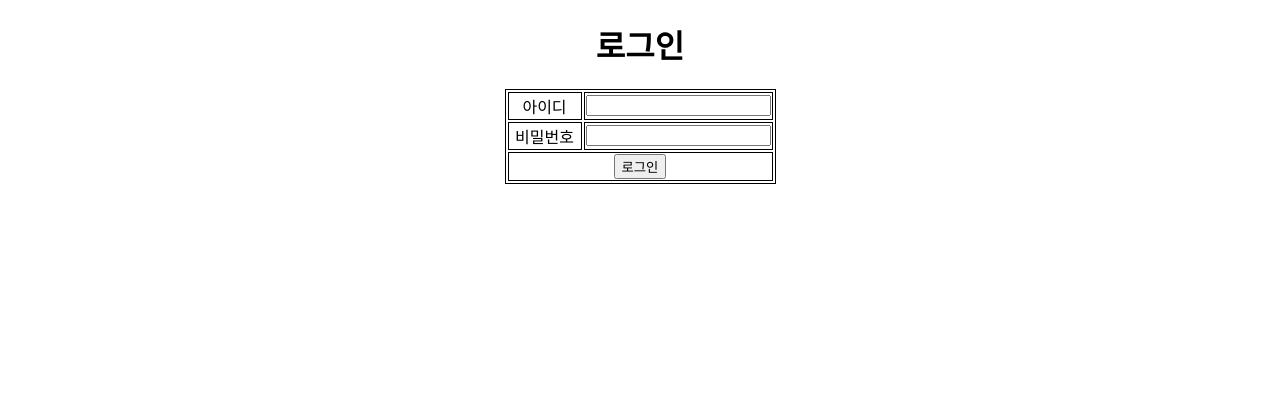
Repository: CHANGMAN-LEE/Java_ee
Page: http://localhost/test/template/write.jsp
These files come from the project's save history. The page is drawn as it stood at one moment and after the next save; the edit follows.
The browser window is 1280 px wide. The pictures show the whole page.
The page is served by Tomcat 9.

Above is the page before, as saved 2020-07-09 06:46:44.

### workspace/test/WebContent/template/write.jsp
<%@ page language="java" contentType="text/html; charset=UTF-8"
    pageEncoding="UTF-8"%>
<!DOCTYPE html>
<html>
<head>
<meta charset="UTF-8">
<title>Insert title here</title>
</head>
<body>
<h1 align="center">로그인</h1>
<form name="loginForm" method="post" action="/miniProject/member/login.do">
<table align="center" border="1" bordercolor="black" bgcolor="">

<tr>
	<td width="70" align="center">아이디</td>
	<td>
		<input type="text" name="id" class="id">
		<div class="idDiv"></div>
	</td>
</tr>

<tr>
	<td align="center">비밀번호</td>
	<td>
		<input type="password" name="pwd" class="pwd">
		<div class="pwdDiv"></div>
	</td>
</tr>

	<tr>
		<td colspan="2" align="center">
		<input type="button" id="checkLoginForm" value="로그인">
		</td>
	</tr>

</table>
</form>
</body>
</html>

After the next save:
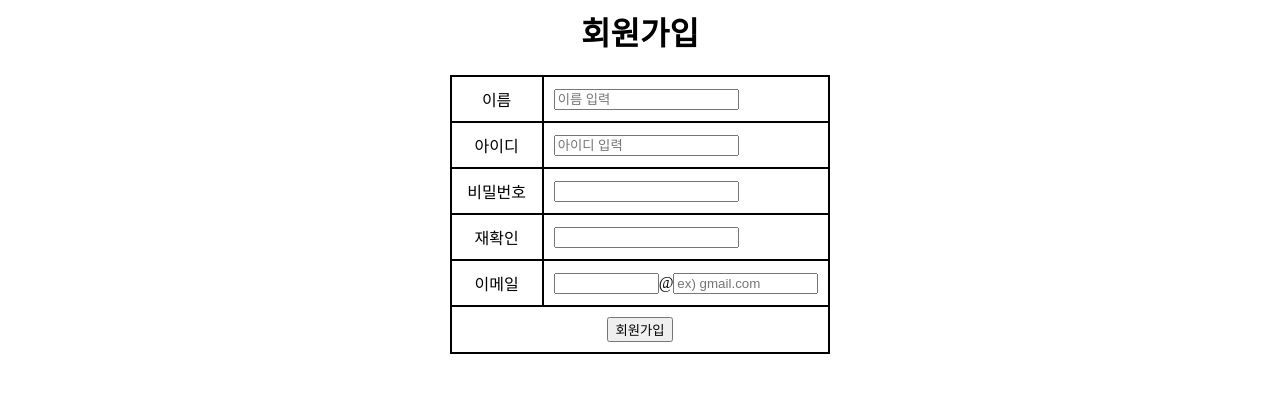
Saved 68 s later.
--- a/workspace/test/WebContent/template/write.jsp
+++ b/workspace/test/WebContent/template/write.jsp
@@ -1,39 +1,59 @@
 <%@ page language="java" contentType="text/html; charset=UTF-8"
-    pageEncoding="UTF-8"%>
-<!DOCTYPE html>
-<html>
-<head>
-<meta charset="UTF-8">
-<title>Insert title here</title>
-</head>
-<body>
-<h1 align="center">로그인</h1>
-<form name="loginForm" method="post" action="/miniProject/member/login.do">
-<table align="center" border="1" bordercolor="black" bgcolor="">
+	pageEncoding="UTF-8"%>
 
-<tr>
-	<td width="70" align="center">아이디</td>
-	<td>
-		<input type="text" name="id" class="id">
-		<div class="idDiv"></div>
-	</td>
-</tr>
+<h1 align="center">회원가입</h1>
+<form name="writeForm" method="post" action="/miniProject/member/write.do">
+	<table align="center" border="1" cellspacing="0" cellpadding="10"
+		bordercolor="black" bgcolor="">
+		<tr>
+			<td width="70" align="center">이름</td>
+			<td>
+				<input type="text" name="name" id="name" placeholder="이름 입력">
+				<div id="nameDiv"></div>
+			</td>
+		</tr>
 
-<tr>
-	<td align="center">비밀번호</td>
-	<td>
-		<input type="password" name="pwd" class="pwd">
-		<div class="pwdDiv"></div>
-	</td>
-</tr>
+		<tr>
+			<td align="center">아이디</td>
+			<td>
+				<input type="text" name="id" id="id" placeholder="아이디 입력">
+				<!-- <input type="button" value="중복체크" onclick="checkId()"> -->
+				<input type="hidden" name="check" value="" id="check">
+				<div id="idDiv"></div>
+			</td>
+		</tr>
 
-	<tr>
-		<td colspan="2" align="center">
-		<input type="button" id="checkLoginForm" value="로그인">
-		</td>
-	</tr>
+		<tr>
+			<td align="center">비밀번호</td>
+			<td>
+				<input type="password" name="pwd" id="pwd">
+				<div id="pwdDiv"></div>
+			</td>
+		</tr>
 
-</table>
+		<tr>
+			<td align="center">재확인</td>
+			<td>
+				<input type="password" name="repwd" id="repwd">
+				<div id="repwdDiv"></div>
+			</td>
+		</tr>
+
+		<tr>
+			<td align="center">이메일</td>
+			<td><input type="text" size="10" name="email1">@<input
+				size="15" name="email2" list="defaultEmails"
+				placeholder="ex) gmail.com"> <datalist id="defaultEmails">
+					<option value="naver.com">
+					<option value="gmail.com">
+					<option value="daum.net">
+				</datalist></td>
+		</tr>
+
+		<tr>
+			<td colspan="2" align="center">
+				<input type="button"value="회원가입" id="checkWriteForm">
+			</td>
+		</tr>
+	</table>
 </form>
-</body>
-</html>
